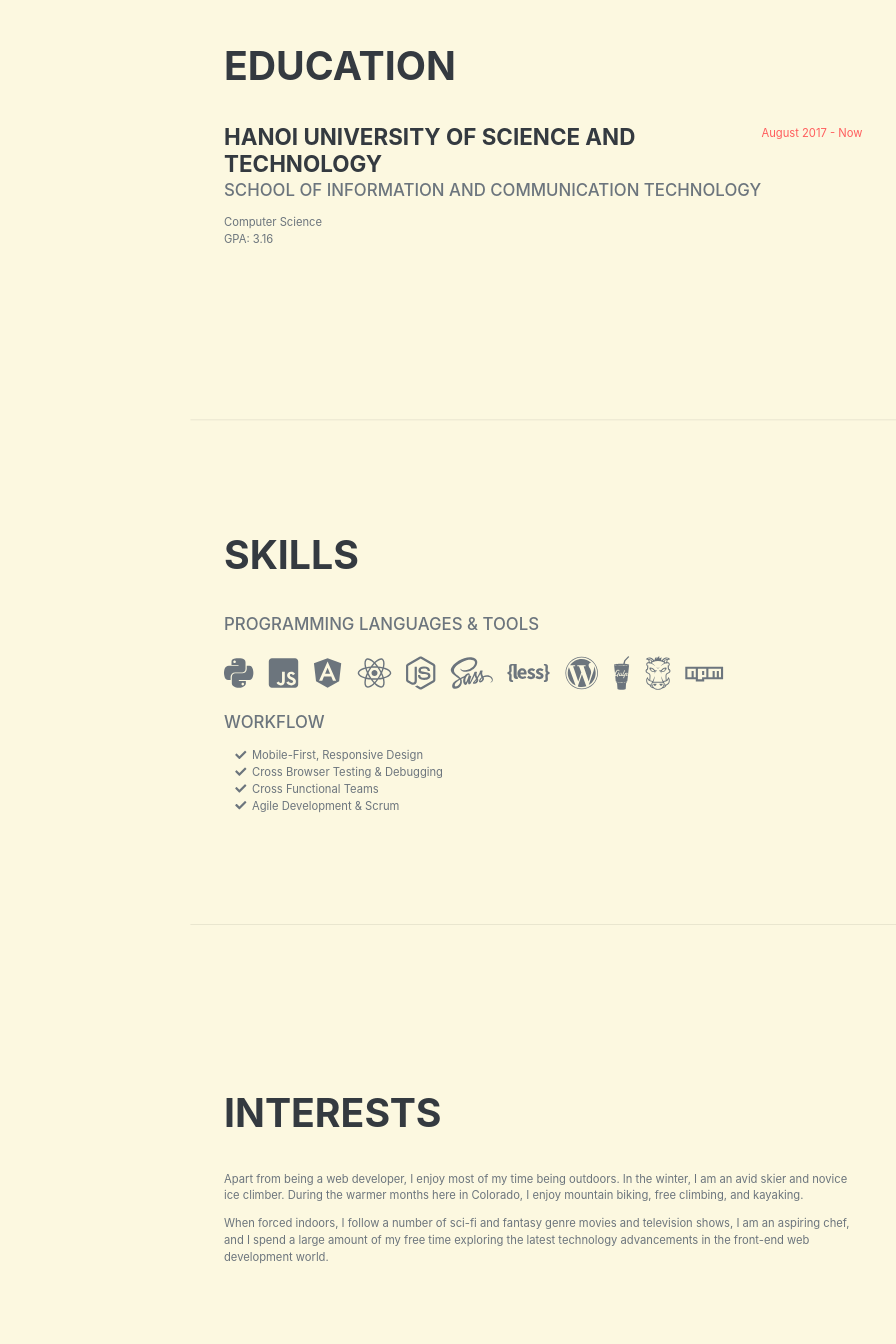
Repository: nguyenlcc/Online-CV
Page: index.html
The author's editor kept a copy of each file at every save. The page is drawn from the files as they stood at one save, then again after a run of saves.
The browser window is 1280 px wide. The pictures show the part of the page from y = 1869 to 3789 px (the page is 4631 px tall), at 70% of full size.
Some web fonts or font styles are not loaded; a fallback is used. Some web libraries are served in a nearby version.

Above is the page before, as saved 2022-05-23 01:19:15.

### index.html
<!DOCTYPE html>
<html lang="en">
  <head>
    <meta charset="utf-8" />
    <meta
      name="viewport"
      content="width=device-width, initial-scale=1, shrink-to-fit=no"
    />
    <meta name="description" content="" />
    <meta name="author" content="" />
    <title>Le Cong Nguyen</title>
    <link rel="icon" type="image/x-icon" href="assets/img/favicon.ico" />
    <!-- Font Awesome icons (free version)-->
    <script
      src="https://use.fontawesome.com/releases/v5.13.0/js/all.js"
      crossorigin="anonymous"
    ></script>
    <!-- Google fonts-->
    <link
      href="https://fonts.googleapis.com/css?family=Saira+Extra+Condensed:500,700"
      rel="stylesheet"
      type="text/css"
    />
    <link
      href="https://fonts.googleapis.com/css?family=Muli:400,400i,800,800i"
      rel="stylesheet"
      type="text/css"
    />
    <!-- Core theme CSS (includes Bootstrap)-->
    <link href="css/styles.css" rel="stylesheet" />
  </head>
  <body id="page-top">
    <!-- Navigation-->
    <nav
      class="navbar navbar-expand-lg navbar-dark bg-primary fixed-top"
      id="sideNav"
    >
      <a class="navbar-brand js-scroll-trigger" href="#page-top">
        <span class="d-block d-lg-none">LE CONG NGUYEN</span>
        <span class="d-none d-lg-block"
          ><img
            class="img-fluid img-profile rounded-circle mx-auto mb-2"
            src="assets/img/profile.jpg"
            alt=""
        /></span>
      </a>
      <button
        class="navbar-toggler"
        type="button"
        data-toggle="collapse"
        data-target="#navbarSupportedContent"
        aria-controls="navbarSupportedContent"
        aria-expanded="false"
        aria-label="Toggle navigation"
      >
        <span class="navbar-toggler-icon"></span>
      </button>
      <div class="collapse navbar-collapse" id="navbarSupportedContent">
        <ul class="navbar-nav">
          <li class="nav-item">
            <a class="nav-link js-scroll-trigger" href="#about">About</a>
          </li>
          <li class="nav-item">
            <a class="nav-link js-scroll-trigger" href="#experience"
              >Experience</a
            >
          </li>
          <li class="nav-item">
            <a class="nav-link js-scroll-trigger" href="#education"
              >Education</a
            >
          </li>
          <li class="nav-item">
            <a class="nav-link js-scroll-trigger" href="#skills">Skills</a>
          </li>
          <li class="nav-item">
            <a class="nav-link js-scroll-trigger" href="#interests"
              >Interests</a
            >
          </li>
          <li class="nav-item">
            <a class="nav-link js-scroll-trigger" href="#awards">Awards</a>
          </li>
        </ul>
      </div>
    </nav>
    <!-- Page Content-->
    <div class="container-fluid p-0">
      <!-- About-->
      <section class="resume-section" id="about">
        <div class="resume-section-content">
          <h1 class="mb-0">
            LE CONG
            <span class="text-primary">NGUYEN</span>
          </h1>
          <div class="subheading mb-5">
            <i class="fas fa-address-card"></i>
            THINH LIET, HOANG MAI, HA NOI · 0904532091 ·
            <a href="mailto:name@email.com">nguyen.lc41@gmail.com</a>
          </div>
          <p class="lead mb-5">
            I am experienced in leveraging agile frameworks to provide a robust
            synopsis for high level overviews. Iterative approaches to corporate
            strategy foster collaborative thinking to further the overall value
            proposition.
          </p>
          <div class="social-icons">
            <a class="social-icon" href="https://www.linkedin.com/in/nguy%C3%AAn-l%C3%AA-c%C3%B4ng-0b1731233/"
              ><i class="fab fa-linkedin-in"></i
            ></a>
            <a class="social-icon" href="https://github.com/nguyenlecong"><i class="fab fa-github"></i></a>
            <a class="social-icon" href="https://twitter.com/vi3ix_"><i class="fab fa-twitter"></i></a>
            <a class="social-icon" href="https://www.facebook.com/nguyenlc5139/"
              ><i class="fab fa-facebook-f"></i
            ></a>
          </div>
        </div>
      </section>
      <hr class="m-0" />
      <!-- Experience-->
      <section class="resume-section" id="experience">
        <div class="resume-section-content">
          <h2 class="mb-5">Experience</h2>
          <div
            class="d-flex flex-column flex-md-row justify-content-between mb-5"
          >
            <div class="flex-grow-1">
              <h3 class="mb-0">Computer Vision Intern</h3>
              <div class="subheading mb-3">Arrow Technologies Vietnam</div>
              <p>
                Bring to the table win-win survival strategies to ensure
                proactive domination. At the end of the day, going forward, a
                new normal that has evolved from generation X is on the runway
                heading towards a streamlined cloud solution. User generated
                content in real-time will have multiple touchpoints for
                offshoring.
              </p>
            </div>
            <div class="flex-shrink-0">
              <span class="text-primary">September 2020 - December 2020</span>
            </div>
          </div>
          <div
            class="d-flex flex-column flex-md-row justify-content-between mb-5"
          >
            <div class="flex-grow-1">
              <h3 class="mb-0">AI Engineer Intern</h3>
              <div class="subheading mb-3">IBM Vietnam</div>
              <p>
                Capitalize on low hanging fruit to identify a ballpark value
                added activity to beta test. Override the digital divide with
                additional clickthroughs from DevOps. Nanotechnology immersion
                along the information highway will close the loop on focusing
                solely on the bottom line.
              </p>
            </div>
            <div class="flex-shrink-0">
              <span class="text-primary">June 2021 - September 2021</span>
            </div>
          </div>
          <div
            class="d-flex flex-column flex-md-row justify-content-between mb-5"
          >
            <div class="flex-grow-1">
              <h3 class="mb-0">Computer Vision Collaborator</h3>
              <div class="subheading mb-3">ThinkLABs JSC</div>
              <p>
                Podcasting operational change management inside of workflows to
                establish a framework. Taking seamless key performance
                indicators offline to maximise the long tail. Keeping your eye
                on the ball while performing a deep dive on the start-up
                mentality to derive convergence on cross-platform integration.
              </p>
            </div>
            <div class="flex-shrink-0">
              <span class="text-primary">December 2021 - June 2022</span>
            </div>
          </div>
        </div>
      </section>
      <hr class="m-0" />
      <!-- Education-->
      <section class="resume-section" id="education">
        <div class="resume-section-content">
          <h2 class="mb-5">Education</h2>
          <div
            class="d-flex flex-column flex-md-row justify-content-between mb-5"
          >
            <div class="flex-grow-1">
              <h3 class="mb-0">HANOI UNIVERSITY OF SCIENCE AND TECHNOLOGY</h3>
              <div class="subheading mb-3">
                SCHOOL OF INFORMATION AND COMMUNICATION TECHNOLOGY
              </div>
              <div>Computer Science</div>
              <p>GPA: 3.16</p>
            </div>
            <div class="flex-shrink-0">
              <span class="text-primary">August 2017 - Now</span>
            </div>
          </div>
          <!-- <div class="d-flex flex-column flex-md-row justify-content-between">
            <div class="flex-grow-1">
              <h3 class="mb-0">James Buchanan High School</h3>
              <div class="subheading mb-3">Technology Magnet Program</div>
              <p>GPA: 3.56</p>
            </div>
            <div class="flex-shrink-0">
              <span class="text-primary">August 2002 - May 2006</span>
            </div> -->
          </div>
        </div>
      </section>
      <hr class="m-0" />
      <!-- Skills-->
      <section class="resume-section" id="skills">
        <div class="resume-section-content">
          <h2 class="mb-5">Skills</h2>
          <div class="subheading mb-3">Programming Languages & Tools</div>
          <ul class="list-inline dev-icons">
            <li class="list-inline-item"><i class="fab fa-python"></i></li>
            <li class="list-inline-item"><i class="fab fa-js-square"></i></li>
            <li class="list-inline-item"><i class="fab fa-angular"></i></li>
            <li class="list-inline-item"><i class="fab fa-react"></i></li>
            <li class="list-inline-item"><i class="fab fa-node-js"></i></li>
            <li class="list-inline-item"><i class="fab fa-sass"></i></li>
            <li class="list-inline-item"><i class="fab fa-less"></i></li>
            <li class="list-inline-item"><i class="fab fa-wordpress"></i></li>
            <li class="list-inline-item"><i class="fab fa-gulp"></i></li>
            <li class="list-inline-item"><i class="fab fa-grunt"></i></li>
            <li class="list-inline-item"><i class="fab fa-npm"></i></li>
          </ul>
          <div class="subheading mb-3">Workflow</div>
          <ul class="fa-ul mb-0">
            <li>
              <span class="fa-li"><i class="fas fa-check"></i></span>
              Mobile-First, Responsive Design
            </li>
            <li>
              <span class="fa-li"><i class="fas fa-check"></i></span>
              Cross Browser Testing & Debugging
            </li>
            <li>
              <span class="fa-li"><i class="fas fa-check"></i></span>
              Cross Functional Teams
            </li>
            <li>
              <span class="fa-li"><i class="fas fa-check"></i></span>
              Agile Development & Scrum
            </li>
          </ul>
        </div>
      </section>
      <hr class="m-0" />
      <!-- Interests-->
      <section class="resume-section" id="interests">
        <div class="resume-section-content">
          <h2 class="mb-5">Interests</h2>
          <p>
            Apart from being a web developer, I enjoy most of my time being
            outdoors. In the winter, I am an avid skier and novice ice climber.
            During the warmer months here in Colorado, I enjoy mountain biking,
            free climbing, and kayaking.
          </p>
          <p class="mb-0">
            When forced indoors, I follow a number of sci-fi and fantasy genre
            movies and television shows, I am an aspiring chef, and I spend a
            large amount of my free time exploring the latest technology
            advancements in the front-end web development world.
          </p>
        </div>
      </section>
      <hr class="m-0" />
      <!-- Awards-->
      <section class="resume-section" id="awards">
        <div class="resume-section-content">
          <h2 class="mb-5">Awards & Certifications</h2>
          <ul class="fa-ul mb-0">
            <li>
              <span class="fa-li"
                ><i class="fas fa-trophy text-warning"></i
              ></span>
              Silver Medal for Excellence in Mathematics on Casio Calculator in 12th Grade
            </li>
            <li>
              <span class="fa-li"
                ><i class="fas fa-trophy text-warning"></i
              ></span>
              Consolation Prize in the Provincial Examination for Excellent Students in Mathematics in 12th Grade
            </li>
            <li>
              <span class="fa-li"
                ><i class="fas fa-trophy text-warning"></i
              ></span>
              Level B of Scholarships for the Term 2 of the School Year 2020-2021, Hanoi University of Science and Technology
            </li>
            <li>
              <span class="fa-li"
                ><i class="fas fa-trophy text-warning"></i
              ></span>
              Level A of Scholarships for the Term 1 of the School Year 2021-2022, Hanoi University of Science and Technology
            </li>
          </ul>
        </div>
      </section>
    </div>
    <!-- Bootstrap core JS-->
    <script src="https://cdnjs.cloudflare.com/ajax/libs/jquery/3.5.1/jquery.min.js"></script>
    <script src="https://stackpath.bootstrapcdn.com/bootstrap/4.5.0/js/bootstrap.bundle.min.js"></script>
    <!-- Third party plugin JS-->
    <script src="https://cdnjs.cloudflare.com/ajax/libs/jquery-easing/1.4.1/jquery.easing.min.js"></script>
    <!-- Core theme JS-->
    <script src="js/scripts.js"></script>
  </body>
</html>

### js/scripts.js
/*!
    * Start Bootstrap - Resume v6.0.1 (https://startbootstrap.com/template-overviews/resume)
    * Copyright 2013-2020 Start Bootstrap
    * Licensed under MIT (https://github.com/StartBootstrap/startbootstrap-resume/blob/master/LICENSE)
    */
    (function ($) {
    "use strict"; // Start of use strict

    // Smooth scrolling using jQuery easing
    $('a.js-scroll-trigger[href*="#"]:not([href="#"])').click(function () {
        if (
            location.pathname.replace(/^\//, "") ==
                this.pathname.replace(/^\//, "") &&
            location.hostname == this.hostname
        ) {
            var target = $(this.hash);
            target = target.length
                ? target
                : $("[name=" + this.hash.slice(1) + "]");
            if (target.length) {
                $("html, body").animate(
                    {
                        scrollTop: target.offset().top,
                    },
                    1000,
                    "easeInOutExpo"
                );
                return false;
            }
        }
    });

    // Closes responsive menu when a scroll trigger link is clicked
    $(".js-scroll-trigger").click(function () {
        $(".navbar-collapse").collapse("hide");
    });

    // Activate scrollspy to add active class to navbar items on scroll
    $("body").scrollspy({
        target: "#sideNav",
    });
})(jQuery); // End of use strict

Loaded but not shown: css/styles.css (library)

After the next 2 saves:
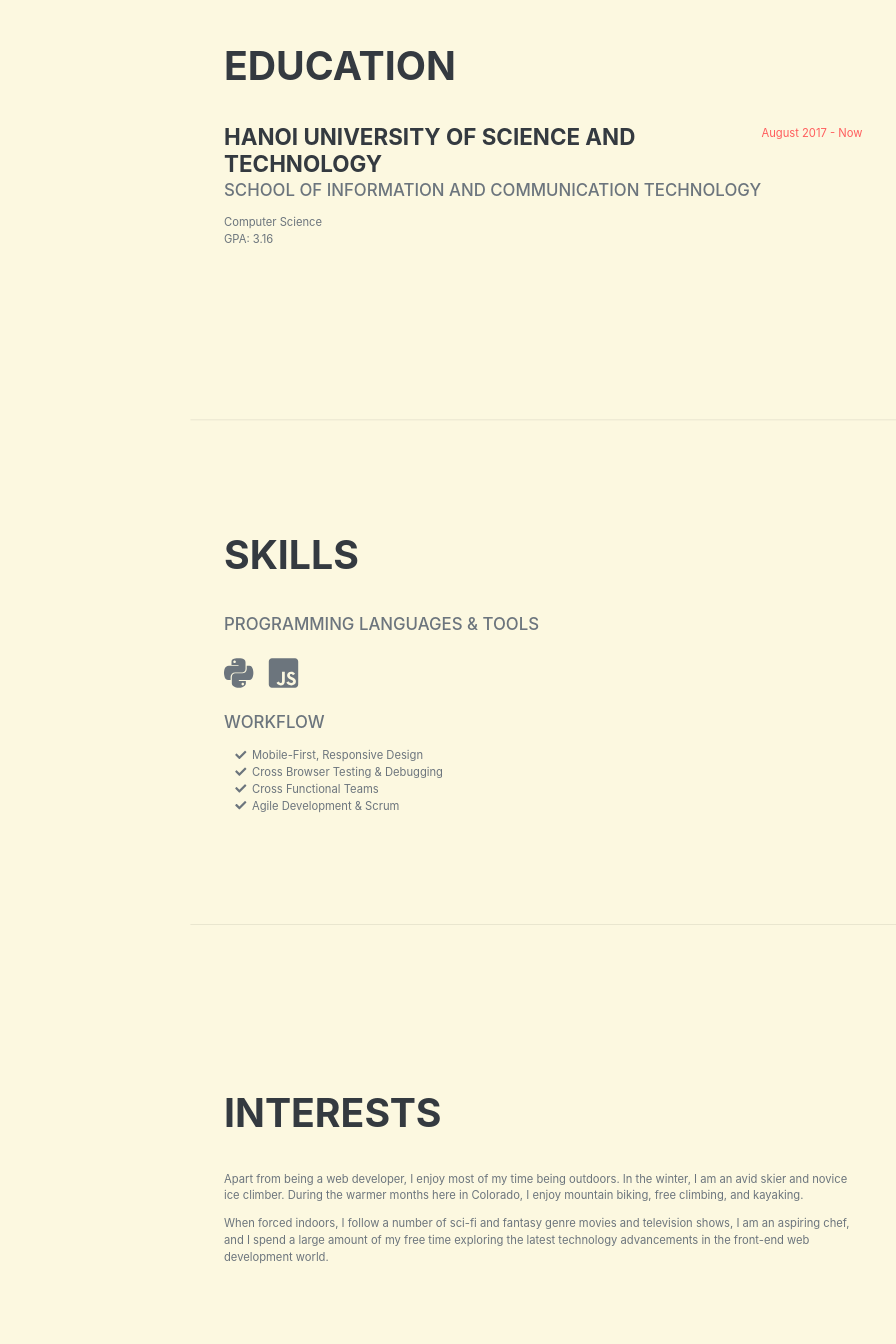
The 2 saves are shown as one change because they came seconds apart.
The last was saved 63 s later.
--- a/index.html
+++ b/index.html
@@ -219,15 +219,6 @@
           <ul class="list-inline dev-icons">
             <li class="list-inline-item"><i class="fab fa-python"></i></li>
             <li class="list-inline-item"><i class="fab fa-js-square"></i></li>
-            <li class="list-inline-item"><i class="fab fa-angular"></i></li>
-            <li class="list-inline-item"><i class="fab fa-react"></i></li>
-            <li class="list-inline-item"><i class="fab fa-node-js"></i></li>
-            <li class="list-inline-item"><i class="fab fa-sass"></i></li>
-            <li class="list-inline-item"><i class="fab fa-less"></i></li>
-            <li class="list-inline-item"><i class="fab fa-wordpress"></i></li>
-            <li class="list-inline-item"><i class="fab fa-gulp"></i></li>
-            <li class="list-inline-item"><i class="fab fa-grunt"></i></li>
-            <li class="list-inline-item"><i class="fab fa-npm"></i></li>
           </ul>
           <div class="subheading mb-3">Workflow</div>
           <ul class="fa-ul mb-0">
